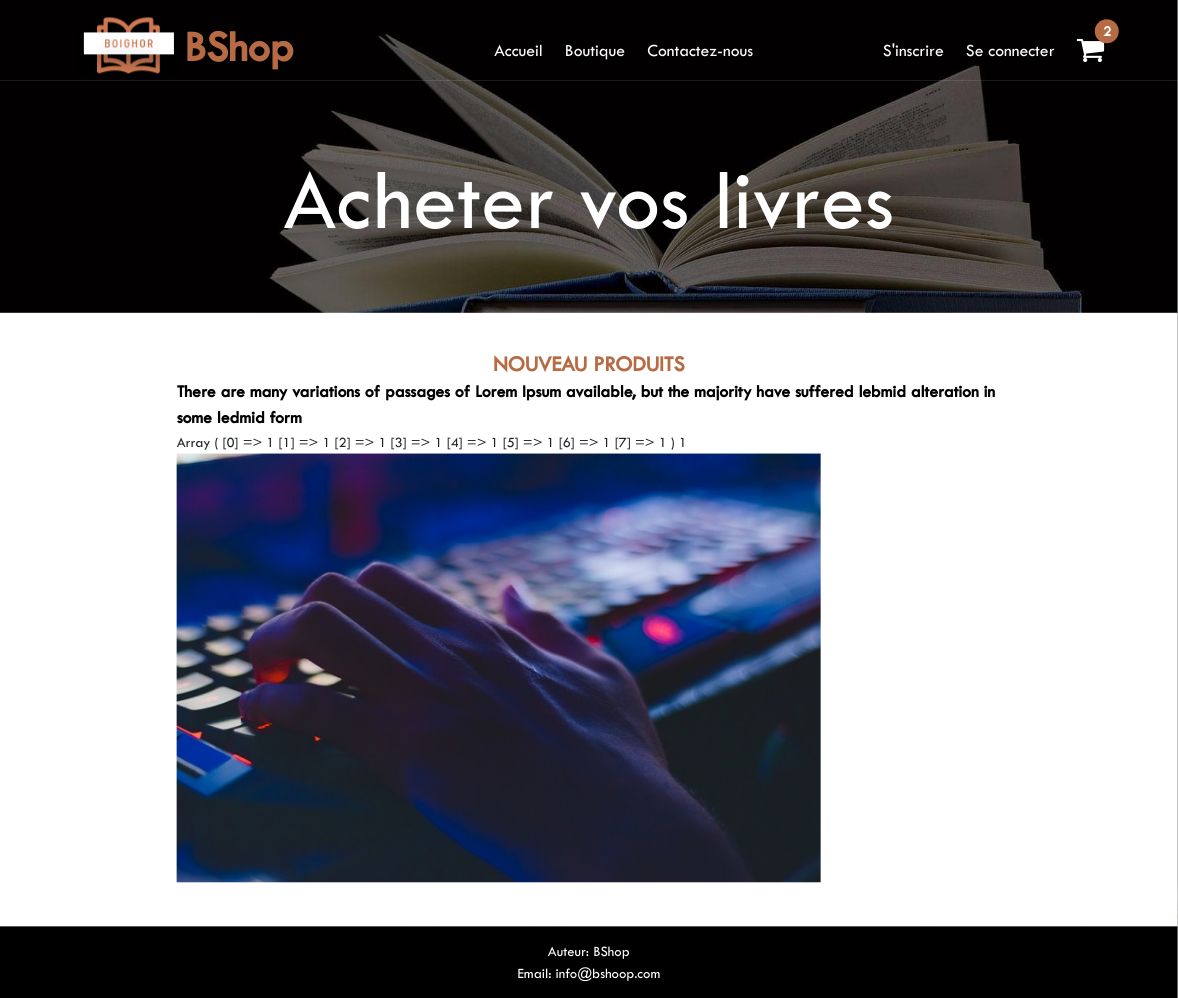
Repository: padevft/e-commerce-php
Page: http://localhost/
The author's editor kept a copy of each file at every save. The page is drawn from the files as they stood at one save, then again after the next save.
The browser window is 1280 px wide. The pictures show the whole page, at 92% of full size.
The pointer rests on the first visible `.item-product`.
The page is run by PHP 8.4 with error messages shown; the project is at /var/www/html/.

Above is the page before, as saved 2023-09-17 23:15:42.

### index.php
<?php
    require_once('server/includes/utilitaires.inc.php');
    ?>
<!DOCTYPE html>
<html lang="en">

<head>
  <meta charset="UTF-8" />
  <meta name="viewport" content="width=device-width, initial-scale=1.0" />
  <title>Boutique en ligne</title>

  <link rel="stylesheet" href="client/css/styles.css">
  <link rel="stylesheet" href="client/utilitaires/bootstrap/css/bootstrap.min.css">
  <link rel="stylesheet" href="client/utilitaires/font-awesome-4.7.0/css/font-awesome.min.css">

</head>

<body>
  <div class="container-app">
    <?php
    require_once('server/includes/header.inc.php');
    ?>
    <main>
      <div class="d-flex align-items-center justify-content-center pt-5 container-intro">
        <span class="text-intro">
          Acheter vos livres
        </span>
      </div>
      <div class="container-products">
        <div class="d-flex flex-column align-items-center justify-content-center gap-2">
          <span class="text-intro-1"> NOUVEAU PRODUITS</span>
          <span class="text-intro-2">There are many variations of passages of Lorem Ipsum available, but the majority have suffered lebmid alteration in some ledmid form
          </span>
        </div>
        <?php
          $products = get_products();
          echo print_r($products);

         ?>

         <div class="item-product position-relative">

           <div class="img-product">
             <img src="client/images/p-2.jpg" alt="">
           </div>
           <div class="text-product">
             <span class="text-product-1">
               Lorem ipsum dolor sit amet, consectetur adipisicing elit.
             </span>
             <span class="text-product-2">
               Lorem ipsum dolor sit amet, consectetur adipisicing elit.
             </span>
           </div>
         </div>
         </div>
      </div>
    </main>
    <?php
    require_once('server/includes/footer.inc.php');
    ?>
    <script src="client/utilitaires/Jquery/jquery-3.6.0.min.js"></script>
    <script src="client/utilitaires/bootstrap/js/bootstrap.min.js"></script>
</body>

</html>

### server/includes/utilitaires.inc.php
<?php

function get_products(){
    $liste=array();
    $liste[0]=1;
    $liste[1]=1;
    $liste[2]=1;
    $liste[3]=1;
    $liste[4]=1;
    $liste[5]=1;
    $liste[6]=1;
    $liste[7]=1;
    return $liste;
}



?>

### server/includes/header.inc.php
<header>
    <nav class="container-nav">
        <div class="row align-items-center">
            <div class="col-12 col-sm-4">
                <div class="d-flex flex-row align-items-center">
                    <a class="container-logo" href="./index.html">
                        <img src="client/images/logo.png" />
                    </a>
                    <span class="text-logo">BShop</span>
                </div>
            </div>
            <div class="col-md-4">
                <div class="container-menu mt-2">
                    <ul class="d-flex flex-row align-items-center justify-content-end gap-4 menu">
                        <li><a href="./index.html" class="menu-item">Accueil</a></li>
                        <li><a href="./index.html" class="menu-item">Boutique</a></li>
                        <li><a href="./index.html" class="menu-item">Contactez-nous</a></li>
                    </ul>
                </div>
            </div>
            <div class="col-6 col-md-4">
                <div class="d-flex align-items-center gap-4 justify-content-end mt-2">
                    <div class="container-menu">
                        <ul class="d-flex align-items-center gap-4 menu">
                            <li> <a href="./index.html" class="menu-item">S'inscrire</a></li>
                            <li> <a href="./index.html" class="menu-item">Se connecter</a></li>
                        </ul>

                    </div>
                    <div class="position-relative container-shopping-cart">
                        <span><i class="fa fa-shopping-cart shopping-cart"></i></span>
                        <span class="position-absolute number-product">2</span>
                    </div>
                </div>

            </div>

        </div>
    </nav>
</header>

### server/includes/footer.inc.php
<footer>
    <div class="container-footer">
        <span>Auteur: BShop</span>
        <span>Email: info@bshoop.com</span>
    </div>

</footer>

### client/css/styles.css
/* var text-decoration */
@font-face {
  font-family: myfont;
  src: url(../utilitaires/fonts/ufonts.com_tw-cen-mt.ttf);
}

:root {
  --color-primary: #b76b45;
  --color-white-1: #fff;
  --color-bg-1: rgba(0, 0, 0, 0.2);
}

* {
  transition: all 0.5s ease;
}

body {
  font-family: myfont !important;
}
h1 {
  display: inline-flex;
  position: relative;
  cursor: pointer;
}

a {
  color: unset;
  outline: unset;
  text-decoration: none !important;
}

.container-app {
  background-image: url("../images/5.jpg");
  background-repeat: no-repeat;
  background-size: cover;
}
ul {
  list-style-type: none; /* Retire les puces */
}

/*

****************************
Header
****************************

*/

header {
  padding-top: 15px;
  padding-bottom: 10px;
}

header ul {
  margin: 0 !important;
}
.container-nav {
  padding: 0 5rem;
  border-bottom: 1px solid rgba(255, 255, 255, 0.1);
}
.container-logo {
  width: 120px;
  height: 65px;
}
.container-logo img {
  width: 100%;
  height: 100%;
}
.text-logo {
  font-size: 3rem;
  font-weight: bold;
  color: var(--color-primary);
}
.menu-item {
  display: inline;
  position: relative;
  color: var(--color-white-1);
  padding-bottom: 5px;
  font-size: 1.2rem;
}

.menu-item:hover {
  color: var(--color-primary);
}
.menu-item::before {
  content: "";
  position: absolute;
  bottom: 0;
  left: 0;
  background: var(--color-primary);
  height: 2.5px;
  opacity: 1;
  visibility: visible;
  width: 0;
  -webkit-transition: 0.4s all ease-out;
  -o-transition: 0.4s all ease-out;
  transition: 0.4s all ease-out;
}
.menu-item:hover:before {
  width: 100%;
}

.number-product {
  bottom: 25px;
  font-weight: bold;
  color: var(--color-white-1);
  font-size: 1rem;
  height: 26px;
  line-height: 17px;
  width: 26px;
  background: var(--color-primary) none repeat scroll 0 0;
  border-radius: 100px;
  display: flex;
  justify-content: center;
  align-items: center;
  left: 20px;
}

.shopping-cart {
  color: var(--color-white-1);
  font-size: 2rem !important;
}
.container-shopping-cart:hover .shopping-cart {
  color: var(--color-primary);
  cursor: pointer;
  transform: scale(0.8);
}
.container-shopping-cart:hover .number-product {
  transform: scale(1.7);
  color: var(--color-primary);
  background: var(--color-white-1) none repeat scroll 0 0;
}
.text-intro{
  font-size: 6rem;
  color: var(--color-white-1);
}



/*

****************************
Main
****************************

*/


.container-intro{
  padding: 50px 0;
}
.container-products {
  background-color: var(--color-white-1);
  padding:3rem 12rem;
}
.text-intro-1{
  color: var(--color-primary);
  font-size: 1.5rem;
  font-weight: 700;
  line-height: 15px;
}

.text-intro-2{
  color: #000;
  font-size: 1.2rem;
  font-weight: 700;
}

.item-product .img-product {
  width: 100%;
    /* height: 300px; */
    /* object-fit: cover; */
    border-radius: 15px;
}

.text-product{
  width: 100%;
  height: 100%;
  background-color: var(--color-bg-1);
  position: absolute;
  left: 0;
  top: 0;
  border-radius: 15px;
  display: flex;
  justify-content: center;
  align-items: center;
  flex-direction: column;
  opacity: 0;
  transform: scale(0);
  transition: all 0.4s ease-in-out;
}




/*

****************************
footer
****************************

*/

footer {
  background-color: var(--color-white-1);
}
.container-footer{
  background-color: #000;
  display: flex;
  flex-direction: column;
  justify-content: center;
  align-items: center;
  padding: 15px 0;
}
.container-footer span {
  color: var(--color-white-1);
}

Loaded but not shown: client/utilitaires/bootstrap/css/bootstrap.min.css (library); client/utilitaires/font-awesome-4.7.0/css/font-awesome.min.css (library); client/utilitaires/Jquery/jquery-3.6.0.min.js (library); client/utilitaires/bootstrap/js/bootstrap.min.js (library)

After the next save:
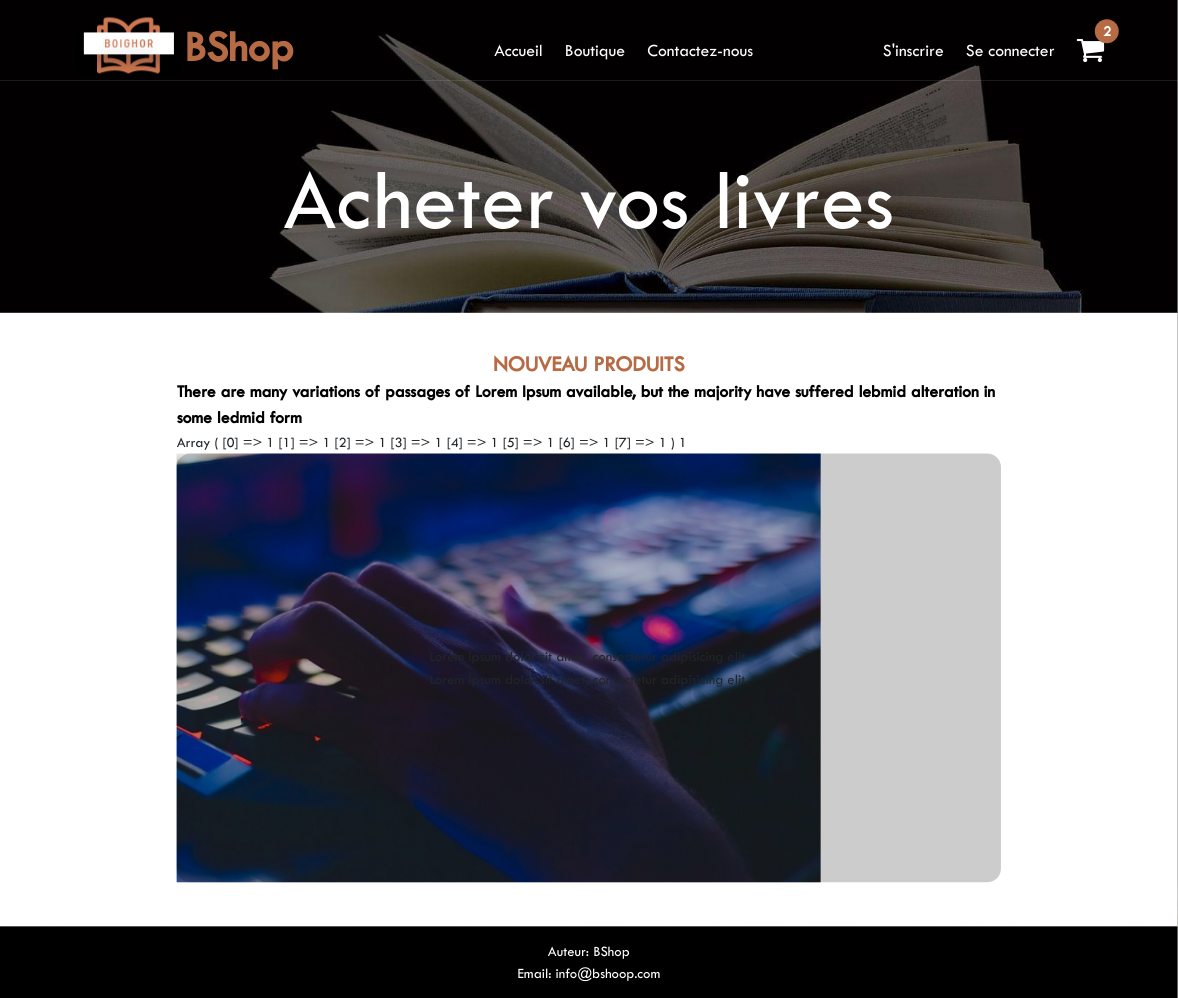
Saved 2 min 11 s later.
--- a/client/css/styles.css
+++ b/client/css/styles.css
@@ -173,6 +173,8 @@ Main
     border-radius: 15px;
 }
 
+
+
 .text-product{
   width: 100%;
   height: 100%;
@@ -190,7 +192,10 @@ Main
   transition: all 0.4s ease-in-out;
 }
 
-
+.item-product:hover .text-product {
+  opacity: 1;
+  transform: scale(1);
+}
 
 
 /*
